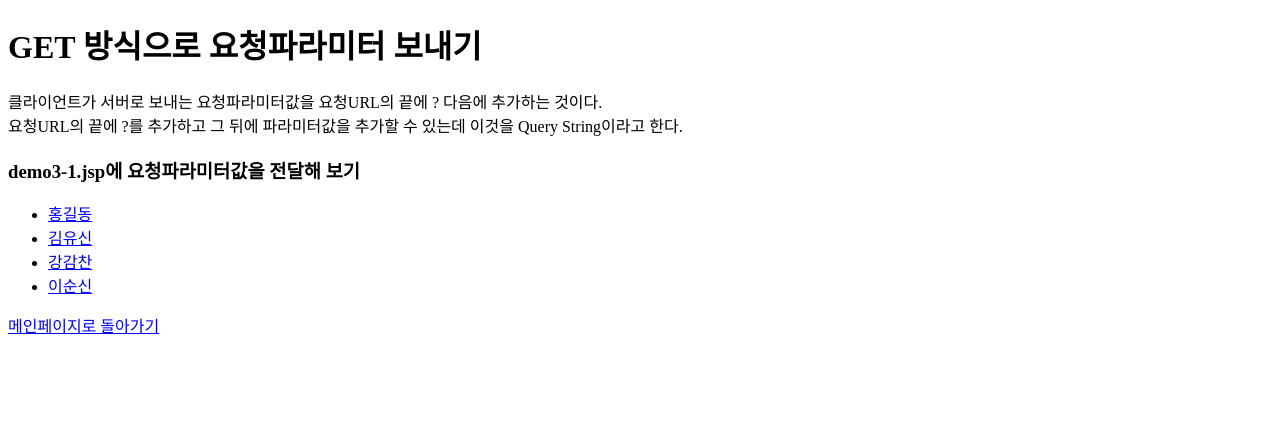
Repository: onuo77/ja_HTA
Page: http://localhost/sample/req/demo3.jsp
The author's editor kept a copy of each file at every save. The page is drawn from the files as they stood at one save, then again after the next save.
The browser window is 1280 px wide. The pictures show the whole page.
The page is served by Tomcat 9. Other server files are loaded and not shown.

Above is the page before, as saved 2021-05-20 03:10:22.

### java-web/sample/src/main/webapp/req/demo3.jsp
<%@ page language="java" contentType="text/html; charset=UTF-8"
    pageEncoding="UTF-8"%>
<!DOCTYPE html>
<html>
<head>
<meta charset="UTF-8">
<title>GET 방식으로 요청 파라미터 전송하기</title>
</head>
<body>
	<h1>GET 방식으로 요청파라미터 보내기</h1>
	<p>
		클라이언트가 서버로 보내는 요청파라미터값을 요청URL의 끝에 ? 다음에 추가하는 것이다.<br/>
		요청URL의 끝에 ?를 추가하고 그 뒤에 파라미터값을 추가할 수 있는데 이것을 Query String이라고 한다.
	</p>

	<h3>demo3-1.jsp에 요청파라미터값을 전달해 보기</h3>
	<ul>
		<li><a href="demo3-1.jsp?id=hong">홍길동</a></li>
		<li><a href="demo3-1.jsp?id=kim">김유신</a></li>
		<li><a href="demo3-1.jsp?id=kang">강감찬</a></li>
		<li><a href="demo3-1.jsp?id=lee">이순신</a></li>
	</ul>

	<p><a href="main.jsp">메인페이지로 돌아가기</a></p>
</body>
</html>

After the next save:
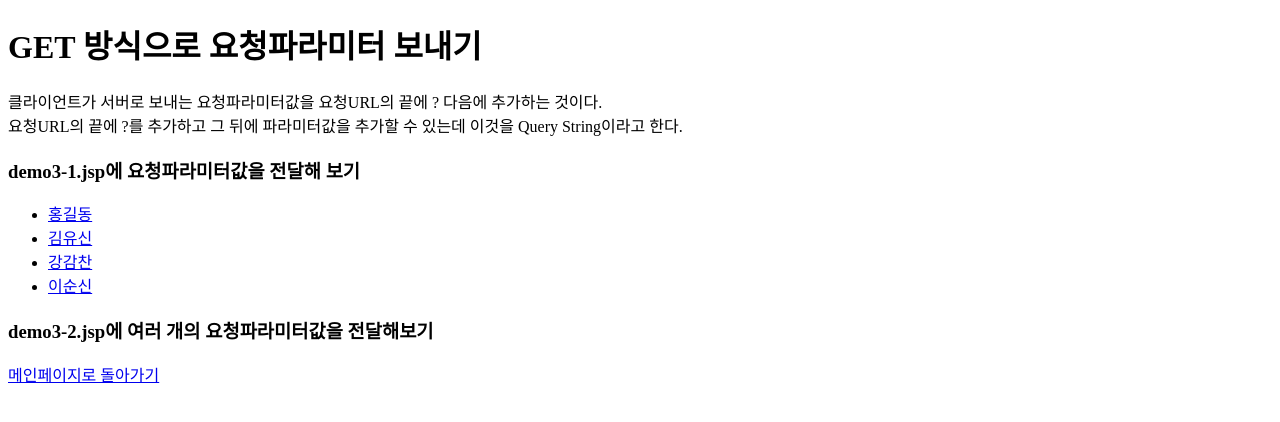
Saved 3 min 12 s later.
--- a/java-web/sample/src/main/webapp/req/demo3.jsp
+++ b/java-web/sample/src/main/webapp/req/demo3.jsp
@@ -21,6 +21,8 @@
 		<li><a href="demo3-1.jsp?id=lee">이순신</a></li>
 	</ul>
 
+	<h3>demo3-2.jsp에 여러 개의 요청파라미터값을 전달해보기</h3>
+
 	<p><a href="main.jsp">메인페이지로 돌아가기</a></p>
 </body>
 </html>
